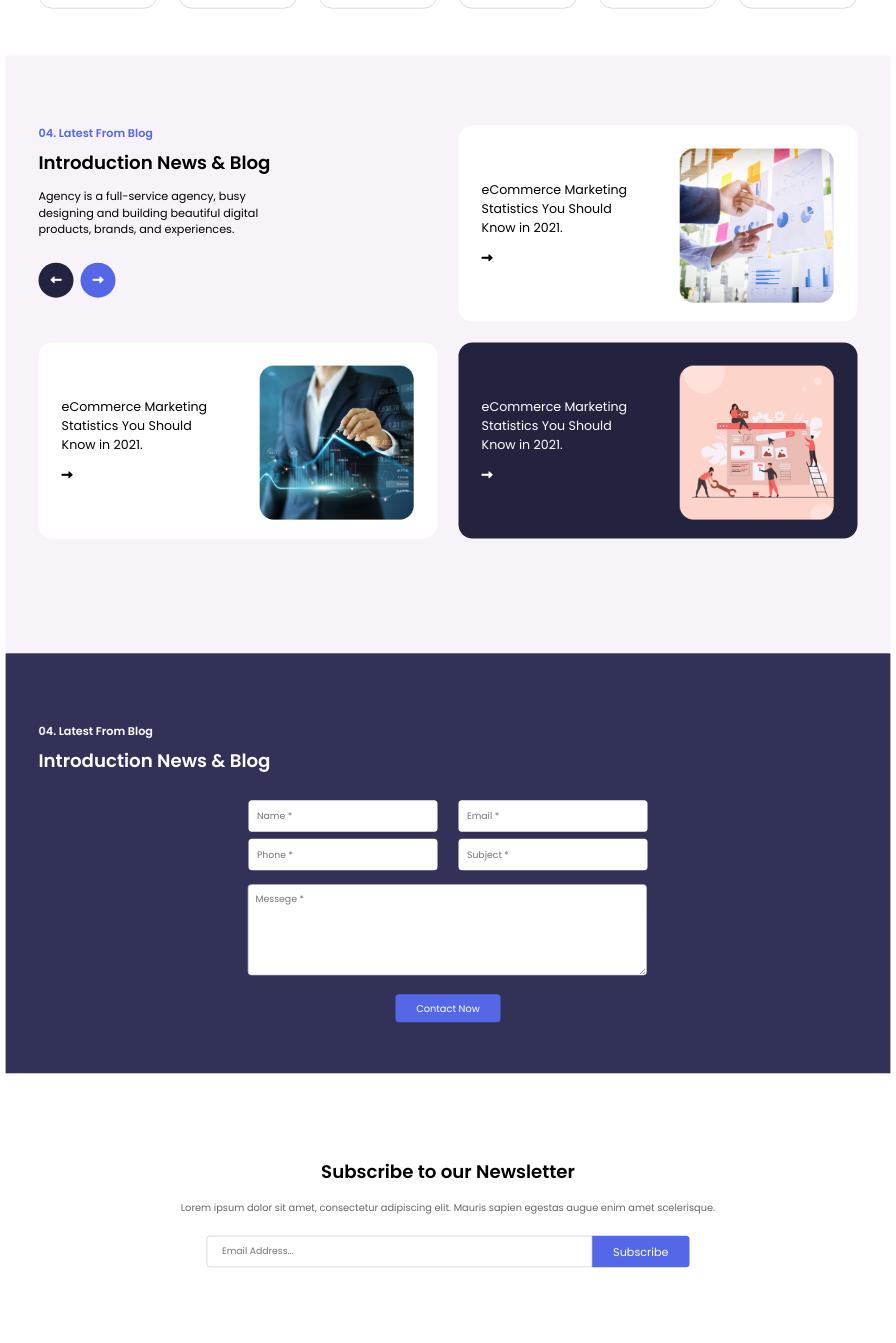
Repository: tranchi0120/LangdingPage-Htmlcss-Ago
Page: index.html
An editor plug-in stored every save of this project. The page is shown before and after the next save, followed by the edit.
The browser window is 1280 px wide. The pictures show the part of the page from y = 3415 to 5335 px (the page is 5334 px tall before and 5335 px after), at 70% of full size.
Some web libraries are served in a nearby version. The style sheet was rebuilt from its Sass, Less or Tailwind sources for each picture, by a compiler version that may differ from the author's.

Above is the page before, as saved 2022-07-15 12:00:56.

After the next save:
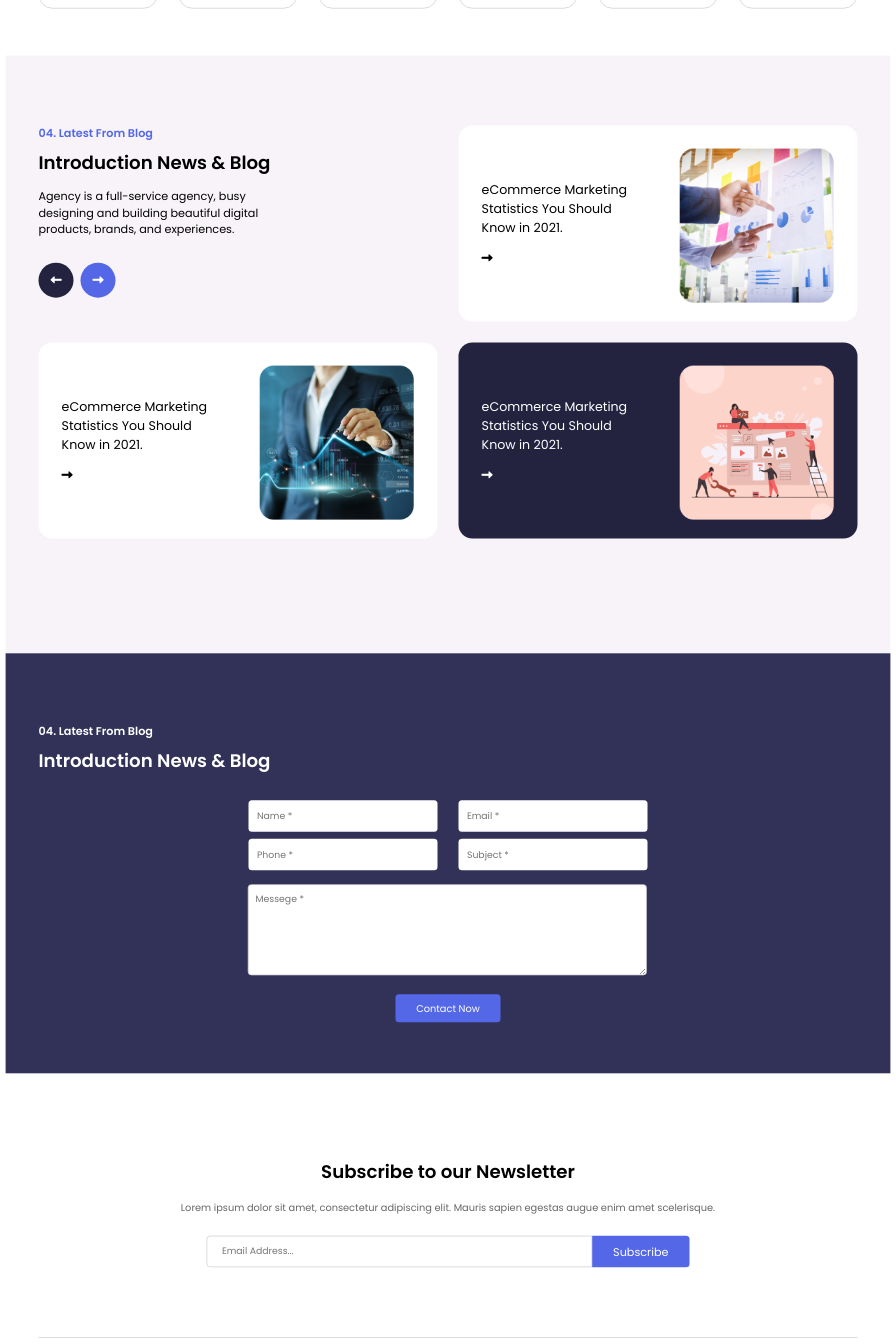
Saved 25 s later.
--- a/sass/_subscribe.scss
+++ b/sass/_subscribe.scss
@@ -1,6 +1,7 @@
 .subscribe {
     &-main {
         padding: 100px 0;
+        border-bottom: 1px solid #cccccc;
     }
     &-title {
         line-height: 39px;
